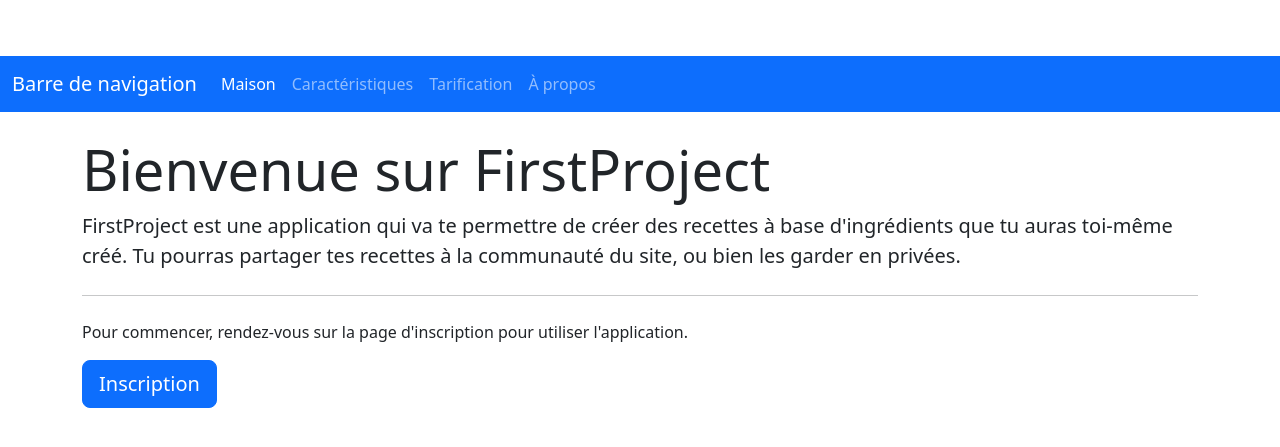
Repository: IslamBoubaker/marmit
Page: templates/home/index.html.twig
The author's editor kept a copy of each file at every save. The page is drawn from the files as they stood at one save, then again after a run of saves.
The browser window is 1280 px wide. The pictures show the whole page.
The page is a Twig template of a Symfony application; nobody is signed in and links lead nowhere. The template is opened directly, without the code that normally fills it, so the values that code supplies are empty.

Above is the page before, as saved 2025-06-24 08:53:57.

After the next 2 saves:
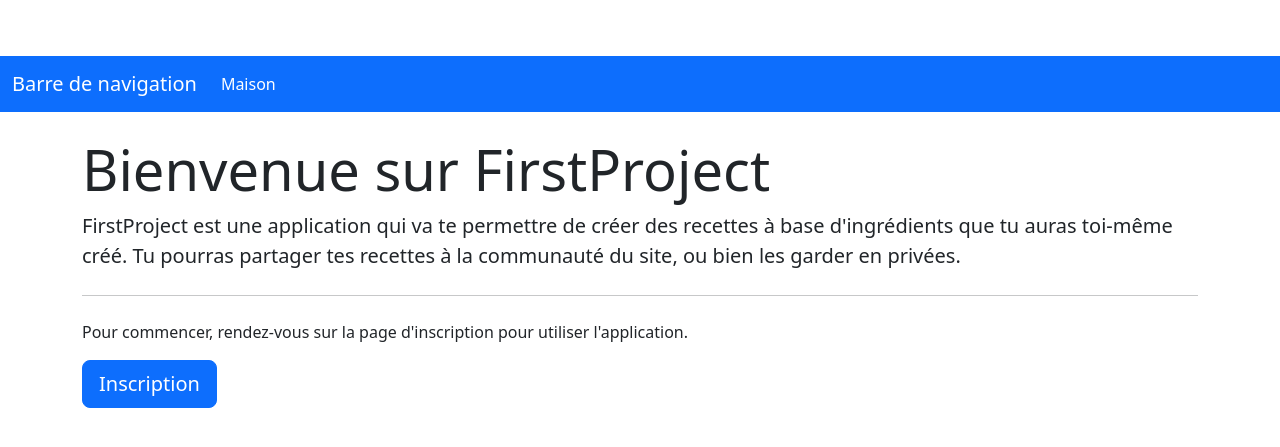
The 2 saves are shown as one change because they came seconds apart.
The last was saved 9 s later.
--- a/templates/pages/Partials/_header.html.twig
+++ b/templates/pages/Partials/_header.html.twig
@@ -32,16 +32,6 @@
           <a class="nav-link active" href="#"><font style="vertical-align: inherit;"><font style="vertical-align: inherit;">Maison
             </font></font><span class="visually-hidden"><font style="vertical-align: inherit;"><font style="vertical-align: inherit;">(actuel)</font></font></span>
           </a>
-        </li>
-        <li class="nav-item">
-          <a class="nav-link" href="#"><font style="vertical-align: inherit;"><font style="vertical-align: inherit;">Caractéristiques</font></font></a>
-        </li>
-        <li class="nav-item">
-          <a class="nav-link" href="#"><font style="vertical-align: inherit;"><font style="vertical-align: inherit;">Tarification</font></font></a>
-        </li>
-        <li class="nav-item">
-          <a class="nav-link" href="#"><font style="vertical-align: inherit;"><font style="vertical-align: inherit;">À propos</font></font></a>
-
 
           </div>
         </li>
